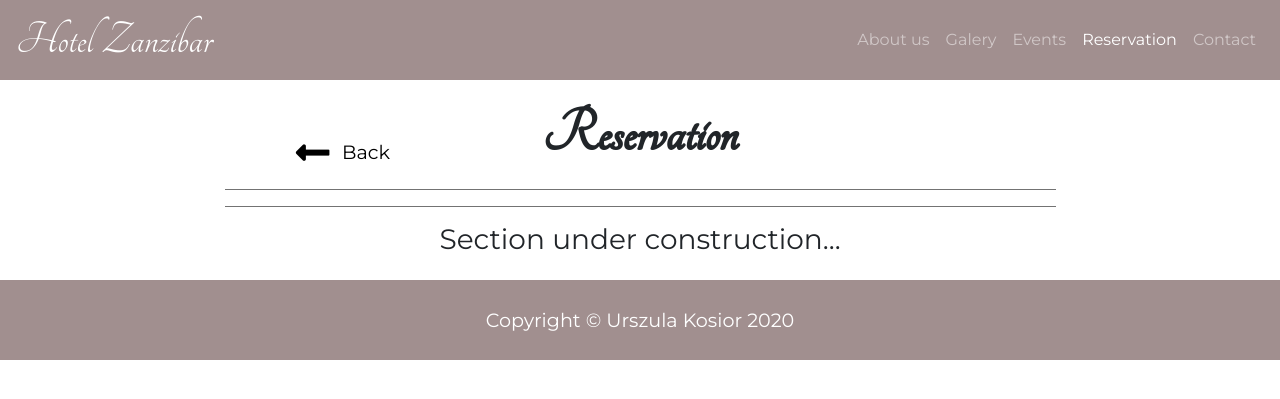
Repository: Ulaa93/Hotel-Zanzibar
Page: reservation.html
The author's editor kept a copy of each file at every save. The page is drawn from the files as they stood at one save, then again after the next save.
The browser window is 1280 px wide. The pictures show the whole page.

Above is the page before, as saved 2020-01-29 11:11:53.

### reservation.html
<!DOCTYPE html>
<html lang="en">
  <head>
    <meta charset="UTF-8" />
    <meta name="viewport" content="width=device-width, initial-scale=1.0" />
    <meta http-equiv="X-UA-Compatible" content="ie=edge" />
    <title>Hotel Zanzibar</title>
    <link rel="icon" href="./ikona.ico" />
    <link
      href="https://fonts.googleapis.com/css?family=Montserrat|Tangerine&display=swap"
      rel="stylesheet"
    />
    <link href="./fontawesome-free-5.12.0-web/css/all.css" rel="stylesheet" />
    <link
      rel="stylesheet"
      href="https://stackpath.bootstrapcdn.com/bootstrap/4.4.1/css/bootstrap.min.css"
      integrity="sha384-Vkoo8x4CGsO3+Hhxv8T/Q5PaXtkKtu6ug5TOeNV6gBiFeWPGFN9MuhOf23Q9Ifjh"
      crossorigin="anonymous"
    />
    <link rel="stylesheet" href="style.css" />
    <script src="https://unpkg.com/scrollreveal"></script>
  </head>
  <body>
    <nav class="navbar sticky-top navbar-expand-lg navbar-dark">
      <a class="navbar-brand hotel-zanzibar" href="./index.html"
        >Hotel Zanzibar</a
      >
      <button
        class="navbar-toggler"
        type="button"
        data-toggle="collapse"
        data-target="#navbarNavDropdown"
        aria-controls="navbarNavDropdown"
        aria-expanded="false"
        aria-label="Toggle navigation"
      >
        <span class="navbar-toggler-icon"></span>
      </button>
      <div
        class="collapse navbar-collapse w-100 order-3 dual-collapse2"
        id="navbarNavDropdown"
      >
        <ul class="navbar-nav ml-auto">
          <li class="nav-item ">
            <a class="nav-link" href="./about-us.html">About us </a>
          </li>
          <li class="nav-item">
            <a class="nav-link" href="./galery.html">Galery</a>
          </li>
          <li class="nav-item">
            <a class="nav-link" href="./events.html">Events</a>
          </li>
          <li class="nav-item active">
            <a class="nav-link" href="./reservation.html">Reservation</a>
          </li>
          <li class="nav-item">
            <a class="nav-link" href="./contact.html">Contact</a>
          </li>
        </ul>
      </div>
    </nav>
    <div class="back">
      <a href="./index.html"><i class="fas fa-long-arrow-alt-left"></i> Back</a>
    </div>
    <section class="reservation container p-3">
      <h2>Reservation</h2>
      <hr />
      <hr />
      <h3>Section under construction...</h3>
    </section>
    <footer>
      <div>Copyright &copy; Urszula Kosior 2020</div>
    </footer>
    <script
      src="https://code.jquery.com/jquery-3.4.1.slim.min.js"
      integrity="sha384-J6qa4849blE2+poT4WnyKhv5vZF5SrPo0iEjwBvKU7imGFAV0wwj1yYfoRSJoZ+n"
      crossorigin="anonymous"
    ></script>
    <script
      src="https://cdn.jsdelivr.net/npm/popper.js@1.16.0/dist/umd/popper.min.js"
      integrity="sha384-Q6E9RHvbIyZFJoft+2mJbHaEWldlvI9IOYy5n3zV9zzTtmI3UksdQRVvoxMfooAo"
      crossorigin="anonymous"
    ></script>
    <script
      src="https://stackpath.bootstrapcdn.com/bootstrap/4.4.1/js/bootstrap.min.js"
      integrity="sha384-wfSDF2E50Y2D1uUdj0O3uMBJnjuUD4Ih7YwaYd1iqfktj0Uod8GCExl3Og8ifwB6"
      crossorigin="anonymous"
    ></script>
    <script src="./script.js"></script>
  </body>
</html>

### style.css
* {
  padding: 0;
  margin: 0;
  font-family: 'Montserrat', sans-serif;
}
.navbar {
  height: 80px;
  background-color: rgba(124, 98, 98, 0.712);
}
.hotel-zanzibar {
  font-size: 3em;
  font-family: 'Tangerine', cursive;
}
.hotel-main {
  background-image: url(./img/rooms/hotel-room-1447201_1920.jpg);
  width: 100%;
  height: 80vh;
  background-size: cover;
  background-position: center;
  display: flex;
  flex-direction: column;
  padding: 200px 0;
  margin-bottom: 48px;
}
.welcome {
  background-color: rgba(255, 255, 255, 0.555);
  padding: 3em;
  text-align: center;
}
.welcome span {
  font-size: 3em;
  font-family: 'Tangerine', cursive;
}
.welcome h1 {
  font-size: 5em;
  font-family: 'Tangerine', cursive;
  font-weight: 600;
}
h2 {
  text-align: center;
  font-size: 4em;
  font-weight: 600;
  font-family: 'Tangerine', cursive;
}
section p {
  font-size: 1.2em;
  line-height: 2em;
}
section p::first-letter {
  font-size: 4em;
  font-weight: 600;
  font-family: 'Tangerine', cursive;
}
hr {
  margin: 16px auto;
  width: 75%;
  background-color: gray;
}
.back i,
.more i {
  font-size: 2em;
  margin: 0 0.2em;
  vertical-align: middle;
}
.back {
  font-size: 1.2em;
  vertical-align: middle;
  position: absolute;
  top: 7em;
  left: 15em;
}
.back a,
.more a {
  color: black;
  text-decoration: none;
}
.back a:hover {
  font-size: 1.1em;
}
footer {
  text-align: center;
  color: white;
  background-color: rgba(124, 98, 98, 0.712);
  height: 80px;
  line-height: 80px;
  font-size: 1.2em;
}
.contact .row {
  align-items: center;
}
.contact i {
  margin-right: 1em;
  animation: shake 1s;
  animation-iteration-count: infinite;
}
.contact-info {
  height: 340px;
  display: flex;
  flex-direction: column;
  justify-items: center;
  align-items: center;
}
.contact-info div {
  transition: 0.5s;
}
.contact-info div:hover {
  transform: scale(1.1);
}
@keyframes shake {
  0% {
    transform: scale(1);
  }
  50% {
    transform: scale(1.5);
  }
  100% {
    transform: scale(1);
  }
}
h3 {
  text-align: center;
}

### script.js

const nodeArray = [
    document.querySelector('.hotel-main'),
    document.querySelector('.hotel-about'),
    document.querySelector('.galery'),
    document.querySelector('.contact')
];

ScrollReveal().reveal(nodeArray, {
  delay: 275,
  duration: 1000,
  rotate: { x: 10, y: 50, z: 0 },
  reset: true
});

Loaded but not shown: fontawesome-free-5.12.0-web/css/all.css (library)

After the next save:
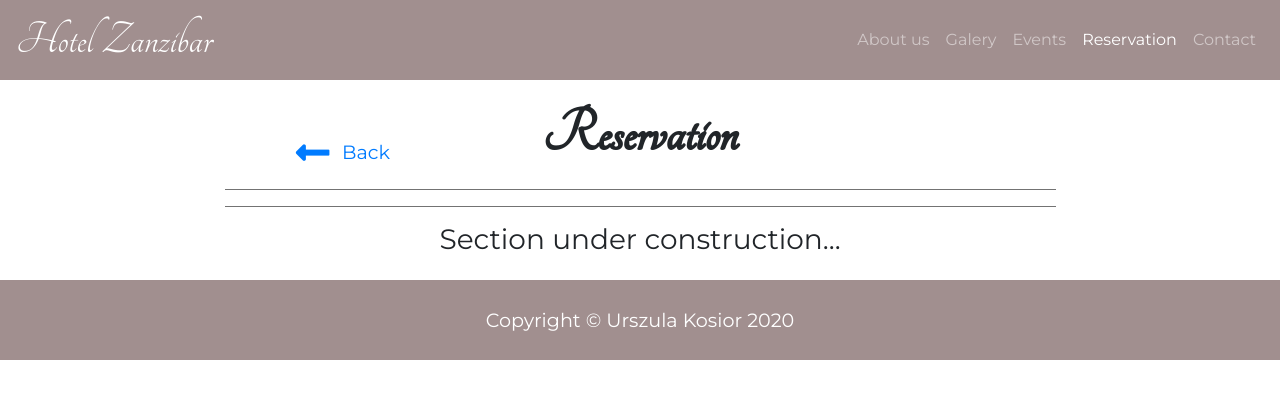
Saved 4 min 20 s later.
--- a/style.css
+++ b/style.css
@@ -70,7 +70,7 @@
   left: 15em;
 }
 .back a,
-.more a {
+ {
   color: black;
   text-decoration: none;
 }

After the 3 saves that followed:
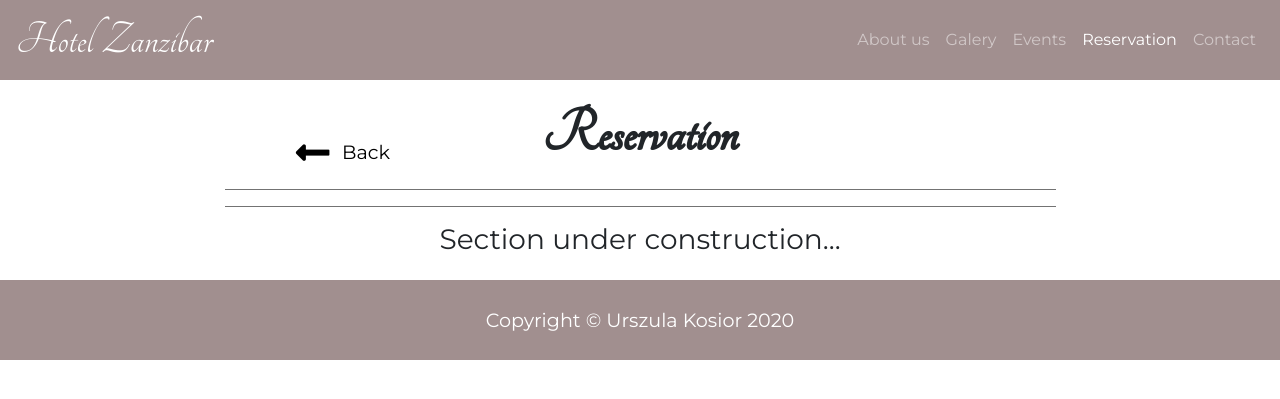
The 3 saves are shown as one change because 1 left the picture as it was and some came seconds apart.
The last was saved 21 s later.
--- a/style.css
+++ b/style.css
@@ -70,7 +70,7 @@
   left: 15em;
 }
 .back a,
- {
+.more a {
   color: black;
   text-decoration: none;
 }
